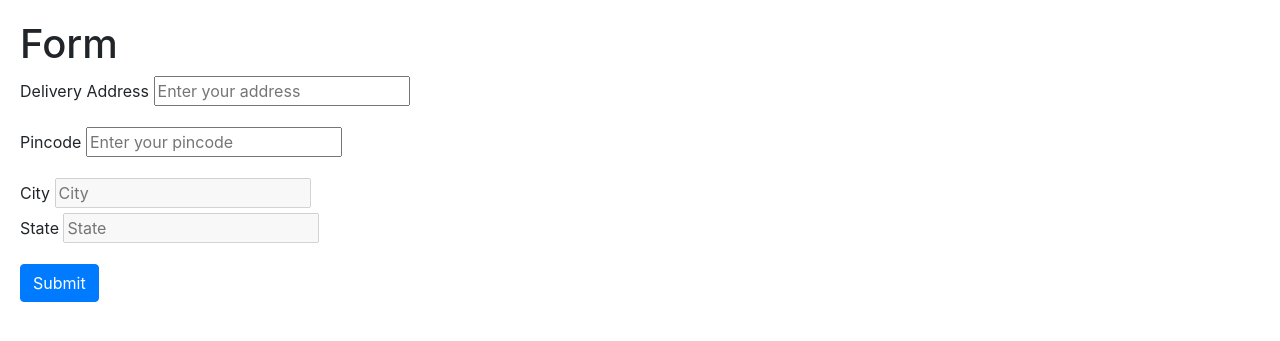
Repository: piyushj81/ComputerShop
Page: http://localhost/computershop/shopnowform.jsp
The author's editor kept a copy of each file at every save. The page is drawn from the files as they stood at one save, then again after the next save.
The browser window is 1280 px wide. The pictures show the whole page.
The page is served by Tomcat 9.

Above is the page before, as saved 2021-10-11 06:22:37.

After the next save:
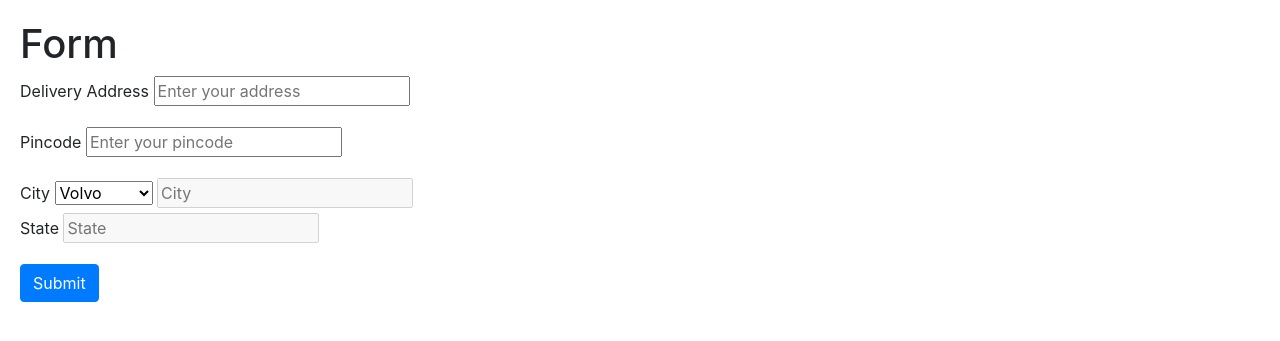
Saved 92 s later.
--- a/computershop/WebContent/shopnowform.jsp
+++ b/computershop/WebContent/shopnowform.jsp
@@ -29,9 +29,15 @@
   <div class="form-group">
     <label for="exampleInputEmail1">Pincode</label>
 
-   <input type="text" class="pincode" id="pincode"  placeholder="Enter your pincode" autocomplete="pin" required onclick="get_details()"> </div>
+   <input type="text" class="pincode" id="pincode"  placeholder="Enter your pincode" autocomplete="pin" required > </div>
    <div class="form-group">
     <label for="exampleInputEmail1">City</label>
+    <select name="cars" id="cars">
+  <option value="volvo">Volvo</option>
+  <option value="saab">Saab</option>
+  <option value="mercedes">Mercedes</option>
+  <option value="audi">Audi</option>
+</select>
 
   <input type="text" class="city" id="city"   disabled placeholder="City">
   <div class="form-group">
